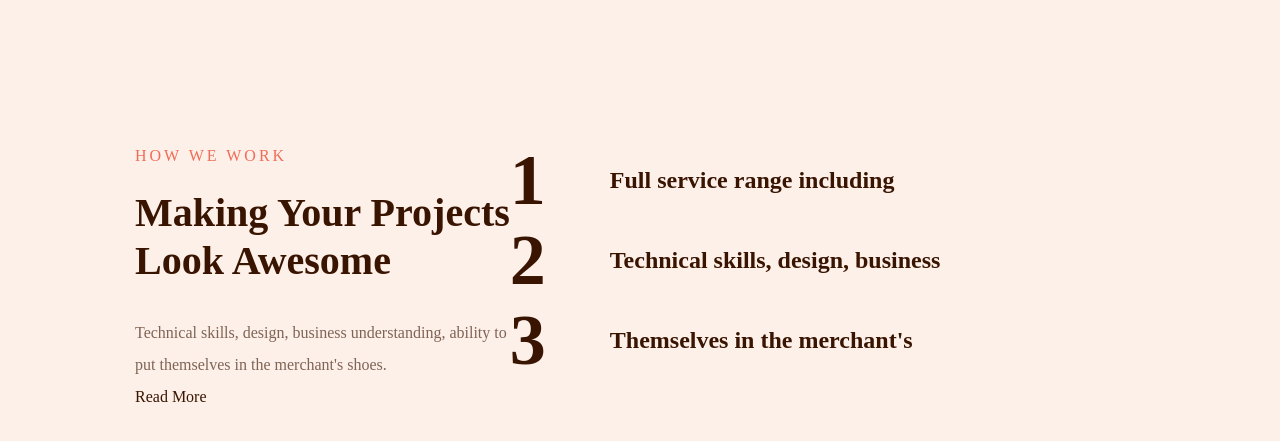
Repository: kubrazamanova/Project-3
Page: index.html
These files come from the project's save history. The page is drawn as it stood at one moment and after a run of saves; the edit follows.
The browser window is 1280 px wide. The pictures show the whole page.

Above is the page before, as saved 2023-09-13 19:23:17.

After the next 2 saves:
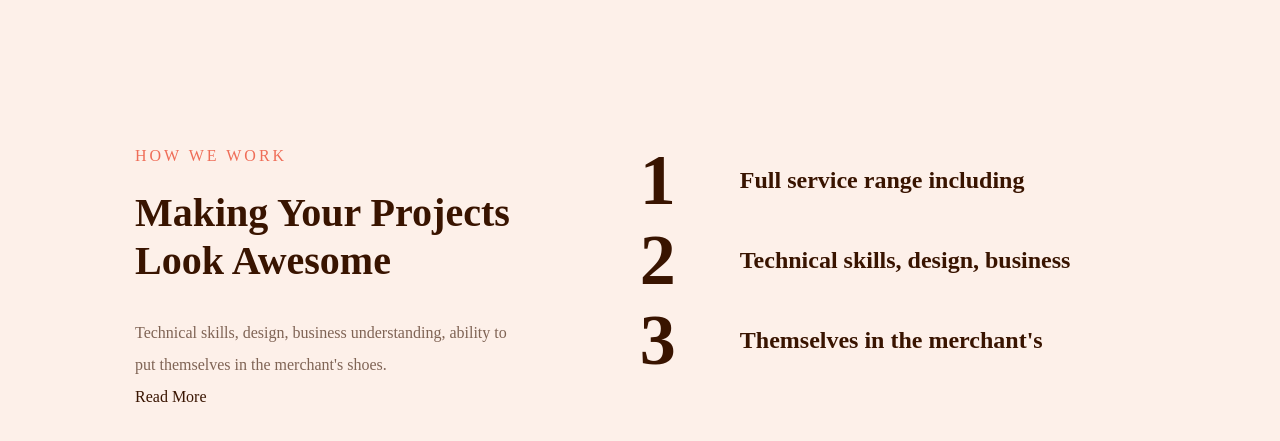
The 2 saves are shown as one change because they came seconds apart.
The last was saved 36 s later.
--- a/index.css
+++ b/index.css
@@ -55,7 +55,9 @@
   text-decoration: none;
 }
 
-
+.container ul{
+  margin-left: 130px;
+}
 .container ul li {
   display: flex;
   align-items: center;
